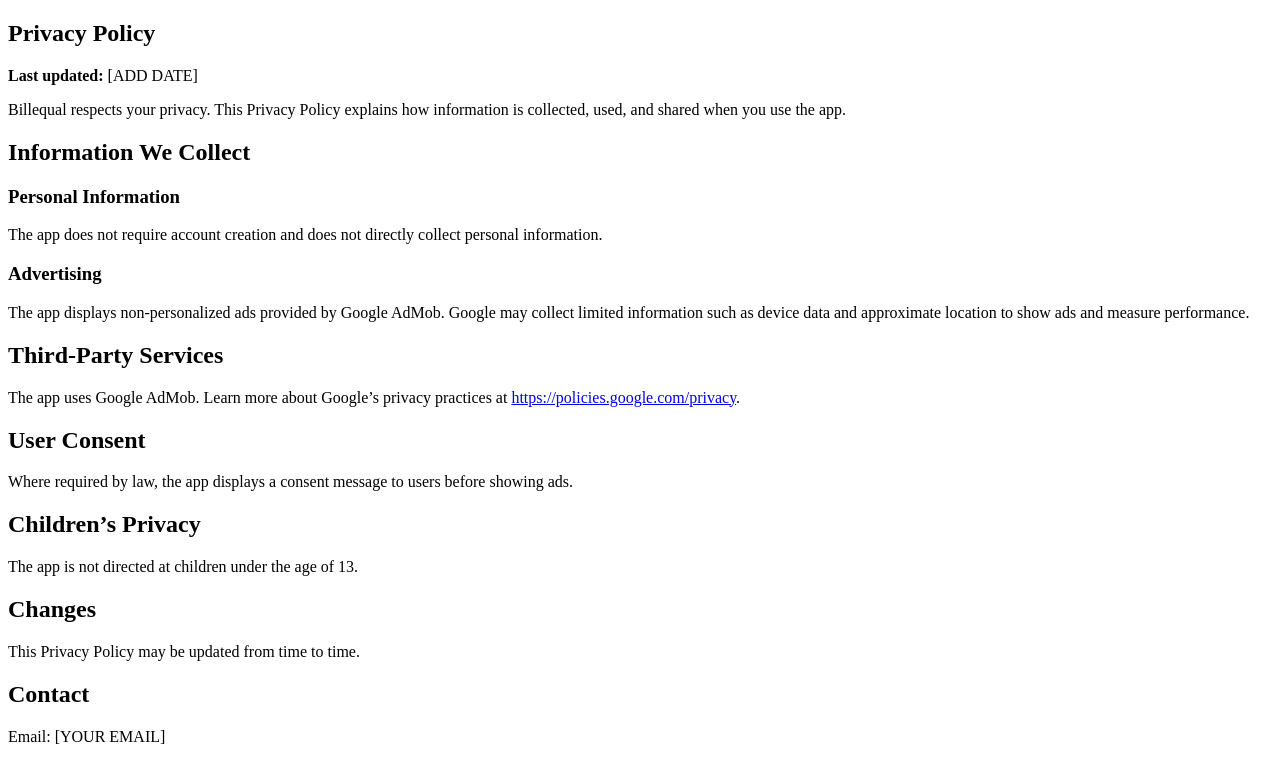
Repository: lyutok/iOS
Page: Billequal_landpage/policy.html
An editor plug-in stored every save of this project. The page is shown before and after the next save, followed by the edit.
The browser window is 1280 px wide. The pictures show the whole page.

Above is the page before, as saved 2026-01-07 08:33:11.

After the next save:
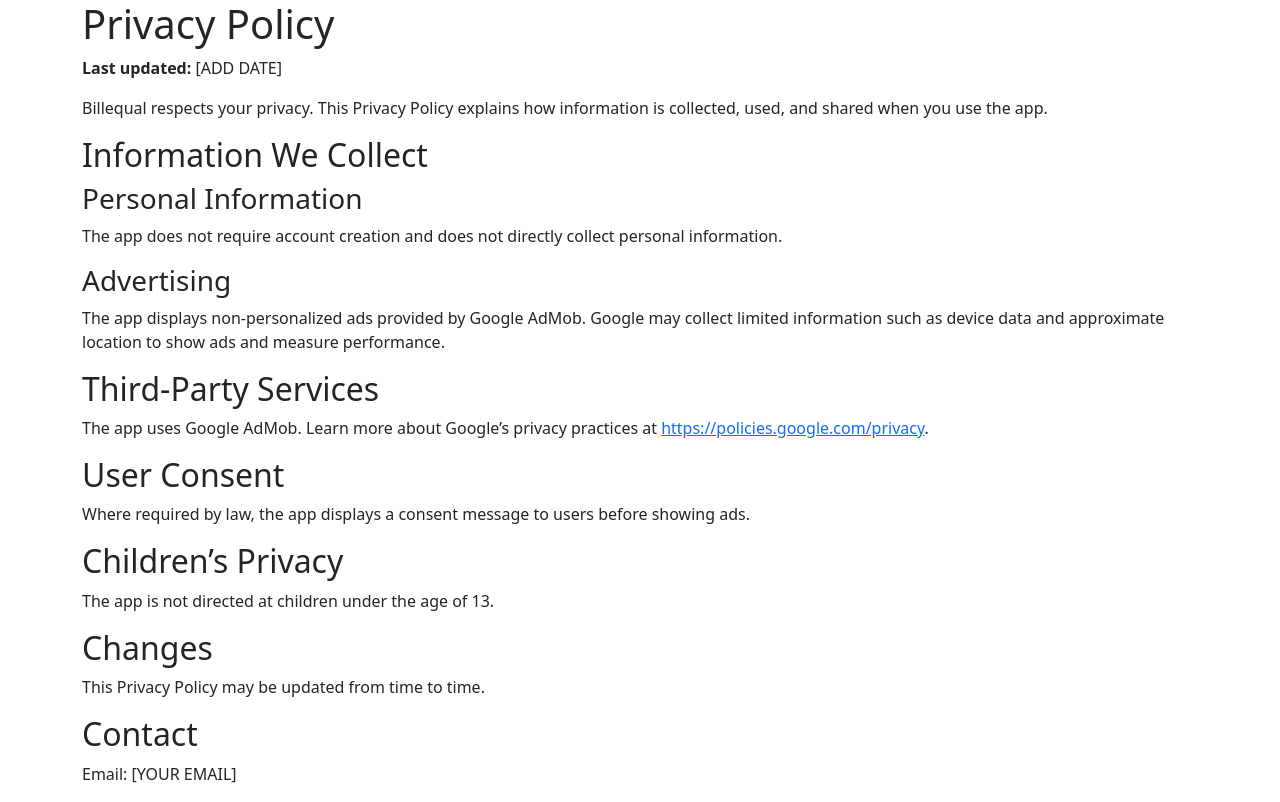
Saved 2 min 21 s later.
--- a/Billequal_landpage/policy.html
+++ b/Billequal_landpage/policy.html
@@ -4,12 +4,15 @@
   <meta charset="UTF-8">
   <meta name="viewport" content="width=device-width, initial-scale=1.0">
   <title>Privacy Policy - Billequal</title>
+  <link
+    href="https://cdn.jsdelivr.net/npm/bootstrap@5.2.3/dist/css/bootstrap.min.css"
+    rel="stylesheet"
+    integrity="sha384-rbsA2VBKQhggwzxH7pPCaAqO46MgnOM80zW1RWuH61DGLwZJEdK2Kadq2F9CUG65"
+    crossorigin="anonymous"
+    />
 </head>
 
-<script src="https://cdn.jsdelivr.net/npm/bootstrap@5.2.3/dist/js/bootstrap.bundle.min.js"
-    integrity="sha384-kenU1KFdBIe4zVF0s0G1M5b4hcpxyD9F7jL+jjXkk+Q2h455rYXK/7HAuoJl+0I4"
-    crossorigin="anonymous">
-</script>
+
 
 <body>
 <nav class="container">
